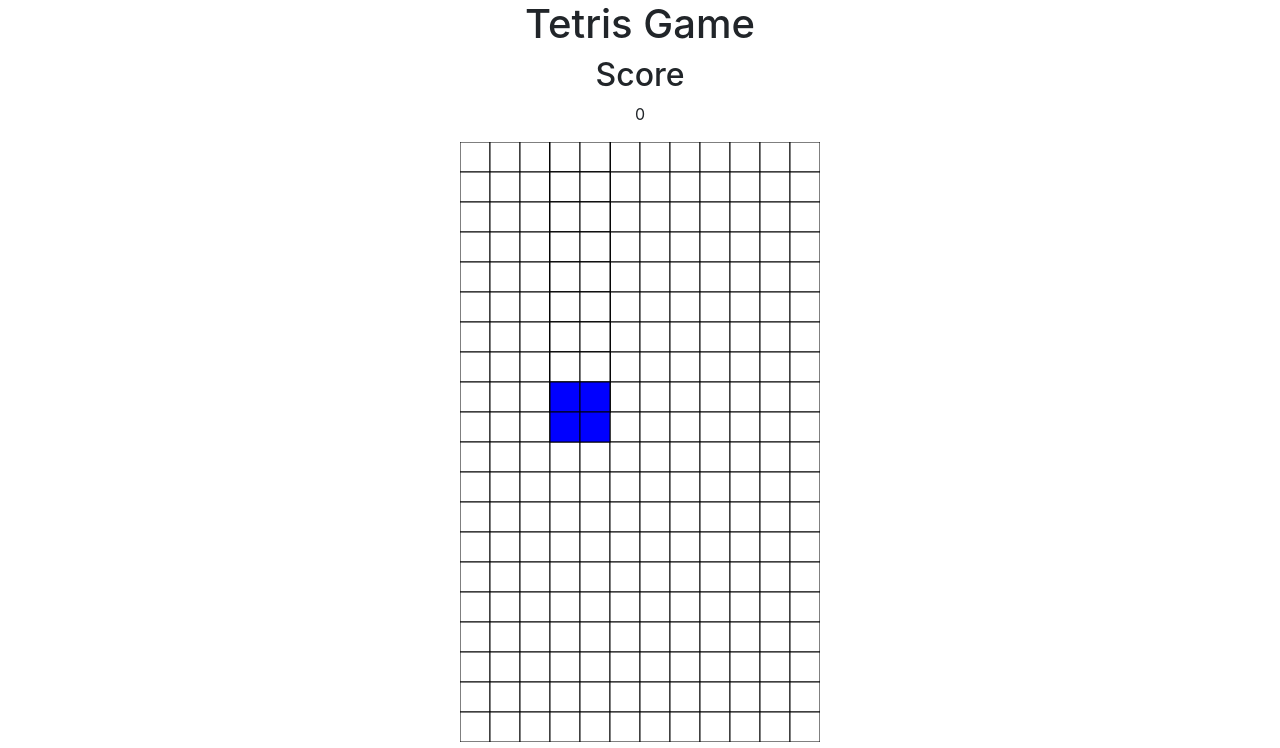
Repository: nlbien22/games
Page: WinEarBird/index.html
The author's editor kept a copy of each file at every save. The page is drawn from the files as they stood at one save, then again after the next save.
The browser window is 1280 px wide. The pictures show the whole page.

Above is the page before, as saved 2024-11-14 22:47:01.

### WinEarBird/index.html
<!DOCTYPE html>
<html lang="en">
<head>
    <meta charset="UTF-8">
    <meta name="viewport" content="width=device-width, initial-scale=1.0">
    <title>Tetris</title>
    <!-- boóttap -->
    <link rel="stylesheet" href="https://stackpath.bootstrapcdn.com/bootstrap/4.5.2/css/bootstrap.min.css">
</head>
<body>
    <h1 class="text-center">Tetris Game</h1>
    <div class="score-box text-center">
        <h2>Score</h2>
        <p id="score">0</p>
    </div>
    <div class="game text-center">
        <canvas id="tetris" width="360" height="600">
        </canvas>
    </div>
    <script src="shapes.js"></script>
    <script src="script.js"></script>
</body>
</html>

### WinEarBird/shapes.js
const I = [
    [
        [1, 1, 1, 1],
        [0, 0, 0, 0],
        [0, 0, 0, 0],
        [0, 0, 0, 0]
    ],
    [
        [0, 0, 1, 0],
        [0, 0, 1, 0],
        [0, 0, 1, 0],
        [0, 0, 1, 0]
    ],
    [
        [0, 0, 0, 0],
        [0, 0, 0, 0],
        [1, 1, 1, 1],
        [0, 0, 0, 0]
    ],
    [
        [0, 1, 0, 0],
        [0, 1, 0, 0],
        [0, 1, 0, 0],
        [0, 1, 0, 0]
    ],
];

const J = [
    [
        [1, 0, 0],
        [1, 1, 1],
        [0, 0, 0]
    ],
    [
        [0, 1, 1],
        [0, 1, 0],
        [0, 1, 0]
    ],
    [
        [0, 0, 0],
        [1, 1, 1],
        [0, 0, 1]
    ],
    [
        [0, 1, 0],
        [0, 1, 0],
        [1, 1, 0]
    ]
];

const L = [
    [
        [0, 0, 1],
        [1, 1, 1],
        [0, 0, 0]
    ],
    [
        [0, 1, 0],
        [0, 1, 0],
        [0, 1, 1]
    ],
    [
        [0, 0, 0],
        [1, 1, 1],
        [1, 0, 0]
    ],
    [
        [1, 1, 0],
        [0, 1, 0],
        [0, 1, 0]
    ]
];

const O = [
    [
        [1, 1],
        [1, 1]
    ]
];

const S = [
    [
        [0, 1, 1],
        [1, 1, 0],
        [0, 0, 0]
    ],
    [
        [0, 1, 0],
        [0, 1, 1],
        [0, 0, 1]
    ],
    [
        [0, 0, 0],
        [0, 1, 1],
        [1, 1, 0]
    ],
    [
        [1, 0, 0],
        [1, 1, 0],
        [0, 1, 0]
    ]
];

const T = [
    [
        [0, 1, 0],
        [1, 1, 1],
        [0, 0, 0]
    ],
    [
        [0, 1, 0],
        [0, 1, 1],
        [0, 1, 0]
    ],
    [
        [0, 0, 0],
        [1, 1, 1],
        [0, 1, 0]
    ],
    [
        [0, 1, 0],
        [1, 1, 0],
        [0, 1, 0]
    ]
];

const Z = [
    [
        [1, 1, 0],
        [0, 1, 1],
        [0, 0, 0]
    ],
    [
        [0, 0, 1],
        [0, 1, 1],
        [0, 1, 0]
    ],
    [
        [0, 0, 0],
        [1, 1, 0],
        [0, 1, 1]
    ],
    [
        [0, 1, 0],
        [1, 1, 0],
        [1, 0, 0]
    ]
];

const SHAPES = [I, J, L, O, S, T, Z];

### WinEarBird/script.js
const canvas = document.getElementById('tetris');
const context = canvas.getContext('2d');
const scoreElement = document.getElementById('score');

const ROW = 20;
const COL = 12;
const SQ = 30;
const COLOR = 'WHITE';
let board = [];
let score = 0;

function drawSquare(x, y, color) {
    context.fillStyle = color;
    context.fillRect(x * SQ, y * SQ, SQ, SQ);
    context.strokeStyle = 'BLACK';
    context.lineWidth = 1;
    context.strokeRect(x * SQ, y * SQ, SQ, SQ);
}


for (let r = 0; r < ROW; r++) {
    board[r] = [];
    for (let c = 0; c < COL; c++) {
        board[r][c] = COLOR;
    }
}

function drawBoard() {
    for (let r = 0; r < ROW; r++) {
        for (let c = 0; c < COL; c++) {
            drawSquare(c, r, board[r][c]);
            // break;
        }
    }
}

drawBoard();

class Piece {
    constructor(tetri, color) {
        this.tetri = tetri;
        this.color = color;
        this.tetriN = 0;
        this.activeTetri = this.tetri[this.tetriN];
        this.x = 3;
        this.y = -2;
    }

    fill(color) {
        for (let r = 0; r < this.activeTetri.length; r++) {
            for (let c = 0; c < this.activeTetri.length; c++) {
                if (this.activeTetri[r][c]) {
                    drawSquare(this.x + c, this.y + r, color);
                }
            }
        }
    }

    draw() {
        this.fill(this.color);
    }

    unDraw() {
        this.fill(COLOR);
    }

    moveDown() {
        if (!this.collision(0, 1, this.activeTetri)) {
            this.unDraw();
            this.y++;
            this.draw();
        } else {
            this.lock();
            p = randomPiece();
        }
    }

    moveRight() {
        if (!this.collision(1, 0, this.activeTetri)) {
            this.unDraw();
            this.x++;
            this.draw();
        }
    }

    moveLeft() {
        if (!this.collision(-1, 0, this.activeTetri)) {
            this.unDraw();
            this.x--;
            this.draw();
        }
    }

    rotate() {
        let nextPattern = this.tetri[(this.tetriN + 1) % this.tetri.length];
        let kick = 0;

        if (this.collision(0, 0, nextPattern)) {
            if (this.x > COL / 2) {
                kick = -1;
            } else {
                kick = 1;
            }
        }

        if (!this.collision(kick, 0, nextPattern)) {
            this.unDraw();
            this.x += kick;
            this.tetriN = (this.tetriN + 1) % this.tetri.length;
            this.activeTetri = this.tetri[this.tetriN];
            this.draw();
        }
    }

    collision(x, y, piece) {
        for (let r = 0; r < piece.length; r++) {
            for (let c = 0; c < piece.length; c++) {
                if (!piece[r][c]) {
                    continue;
                }

                let newX = this.x + c + x;
                let newY = this.y + r + y;

                console.log(newX, newY);


                if (newX < 0 || newX >= COL || newY >= ROW) {
                    return true;
                }

                if (newY < 0) {
                    continue;
                }

                if (board[newY][newX] !== COLOR) {
                    return true;
                }
            }
        }
        return false;
    }

    lock() {
        for (let r = 0; r < this.activeTetri.length; r++) {
            for (let c = 0; c < this.activeTetri.length; c++) {
                if (!this.activeTetri[r][c]) {
                    continue;
                }
                if (this.y + r < 0) {
                    alert('Game Over');
                    gameOver = true;
                    break;
                }

                board[this.y + r][this.x + c] = this.color;

                for (let r = 0; r < ROW; r++) {
                    let isRowFull = true;
                    for (let c = 0; c < COL; c++) {
                        isRowFull = isRowFull && (board[r][c] !== COLOR);
                    }

                    if (isRowFull) {
                        for (let y = r; y > 1; y--) {
                            for (let c = 0; c < COL; c++) {
                                board[y][c] = board[y - 1][c];
                            }
                        }

                        for (let c = 0; c < COL; c++) {
                            board[0][c] = COLOR;
                        }
                        score += 10;
                        scoreElement.innerHTML = score;
                    }
                }

                drawBoard();
            }
        }
    }

}

const PIECES = [
    [Z, 'red'],
    [S, 'green'],
    [T, 'yellow'],
    [O, 'blue'],
    [L, 'purple'],
    [I, 'cyan'],
    [J, 'orange']
];

let p = randomPiece();

function randomPiece() {
    let r = Math.floor(Math.random() * PIECES.length);
    return new Piece(PIECES[r][0], PIECES[r][1]);
}

document.addEventListener('keydown', function (e) {
    if (e.keyCode === 37) {
        p.moveLeft();
        dropStart = Date.now();
    } else if (e.keyCode === 38) {
        p.rotate();
        dropStart = Date.now();
    } else if (e.keyCode === 39) {
        p.moveRight();
        dropStart = Date.now();
    } else if (e.keyCode === 40) {
        p.moveDown();
    }
});

let gameOver = false;

function drop() {
    interval = setInterval(function () {
        if (!gameOver) {
            p.moveDown();
        } else {
            clearInterval(interval);
        }
    }, 500);
}

drop();

After the next save:
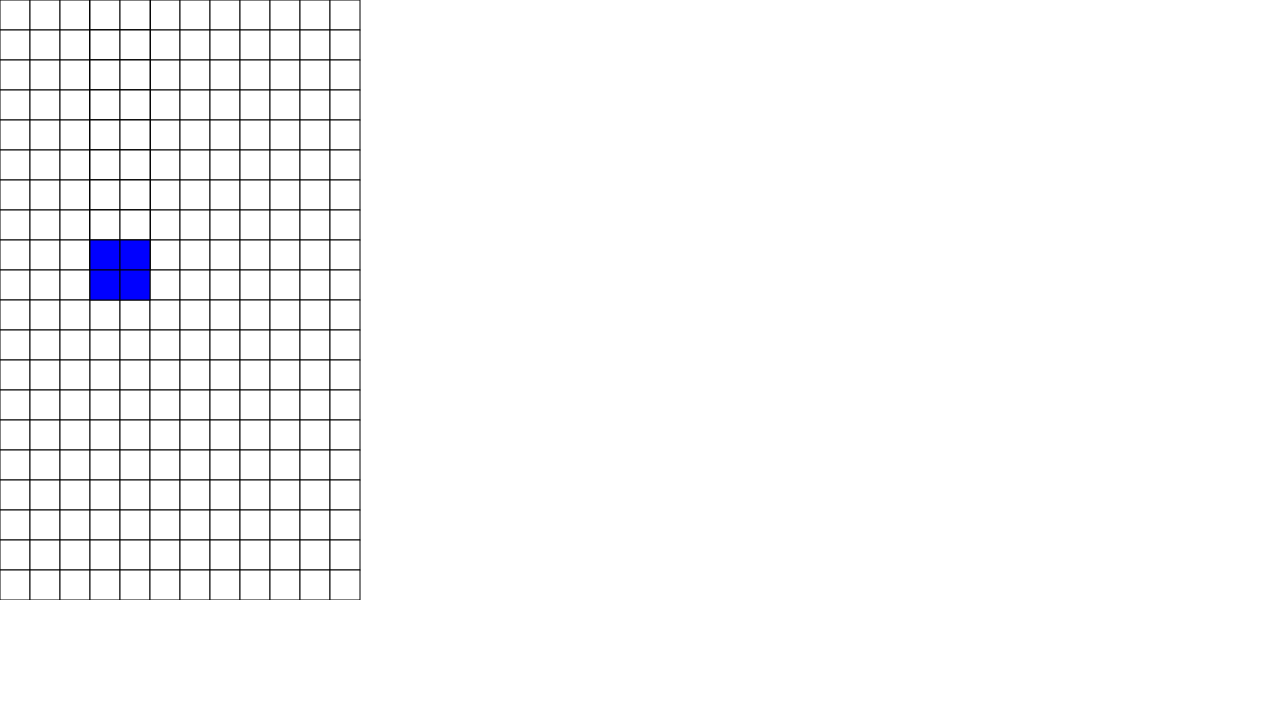
Saved 27 min 45 s later.
--- a/WinEarBird/index.html
+++ b/WinEarBird/index.html
@@ -8,14 +8,8 @@
     <link rel="stylesheet" href="https://stackpath.bootstrapcdn.com/bootstrap/4.5.2/css/bootstrap.min.css">
 </head>
 <body>
-    <h1 class="text-center">Tetris Game</h1>
-    <div class="score-box text-center">
-        <h2>Score</h2>
-        <p id="score">0</p>
-    </div>
-    <div class="game text-center">
-        <canvas id="tetris" width="360" height="600">
-        </canvas>
+    <div>
+        <canvas id="tetris" width="600" height="600"></canvas>
     </div>
     <script src="shapes.js"></script>
     <script src="script.js"></script>
